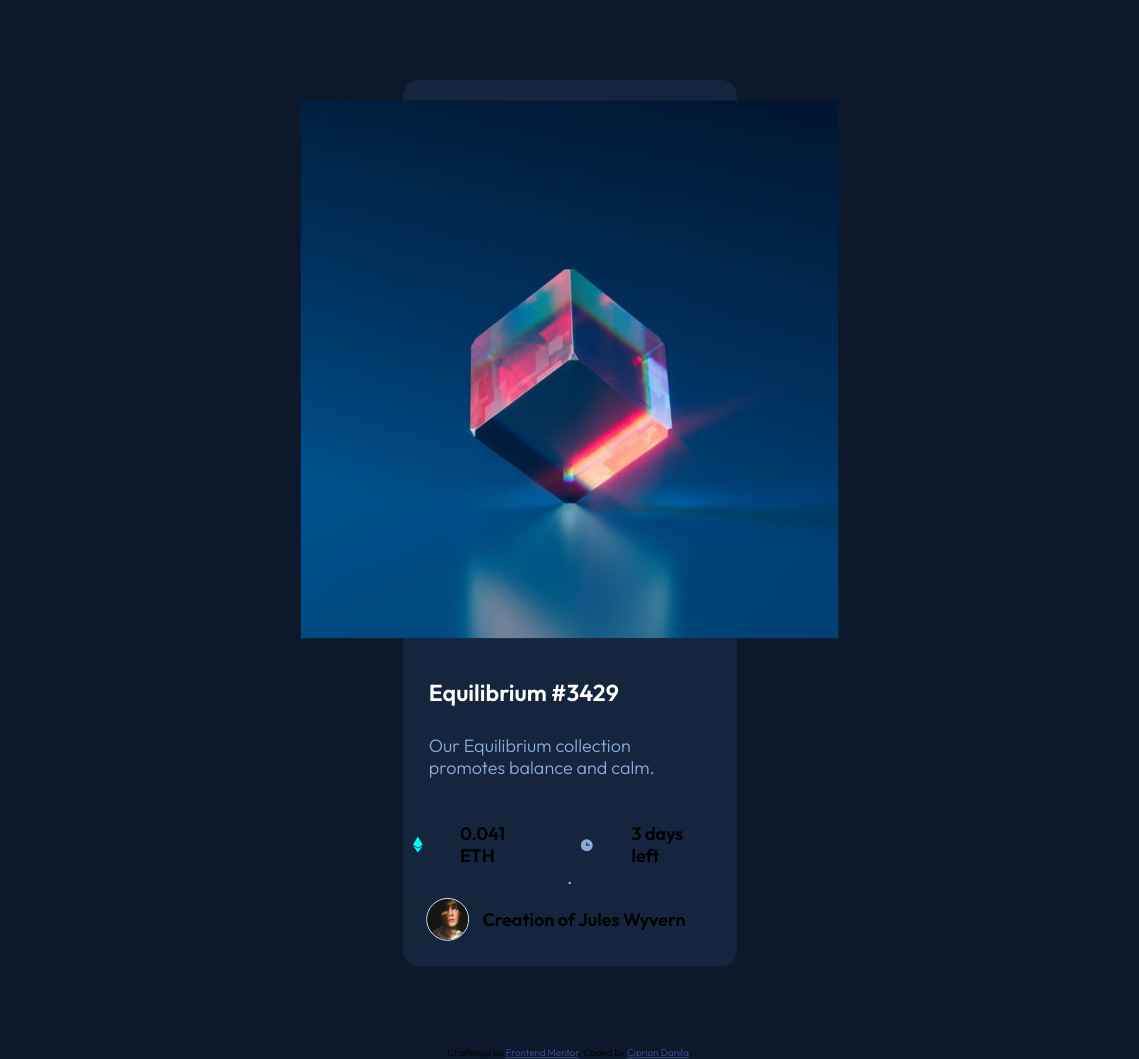
Repository: cipdanila/NFT-preview-card-component
Page: index.html
An editor plug-in stored every save of this project. The page is shown before and after the next save, followed by the edit.
The browser window is 1280 px wide. The pictures show the whole page, at 89% of full size.

Above is the page before, as saved 2024-01-28 19:57:09.

After the next save:
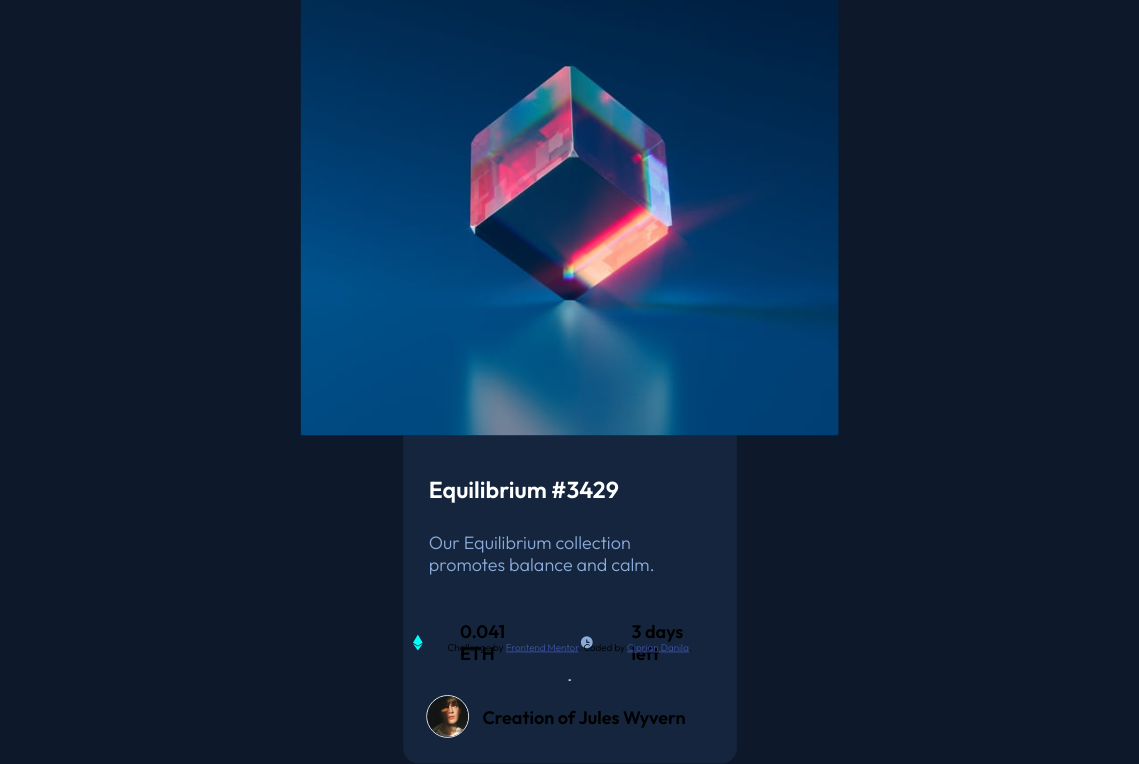
Saved 9 s later.
--- a/style.css
+++ b/style.css
@@ -29,8 +29,8 @@
 main {
     display: flex;
     justify-content: center;
-    align-items: center
-    ;
+    align-items: center;
+    height: 100%;
 }
 
 .card {
